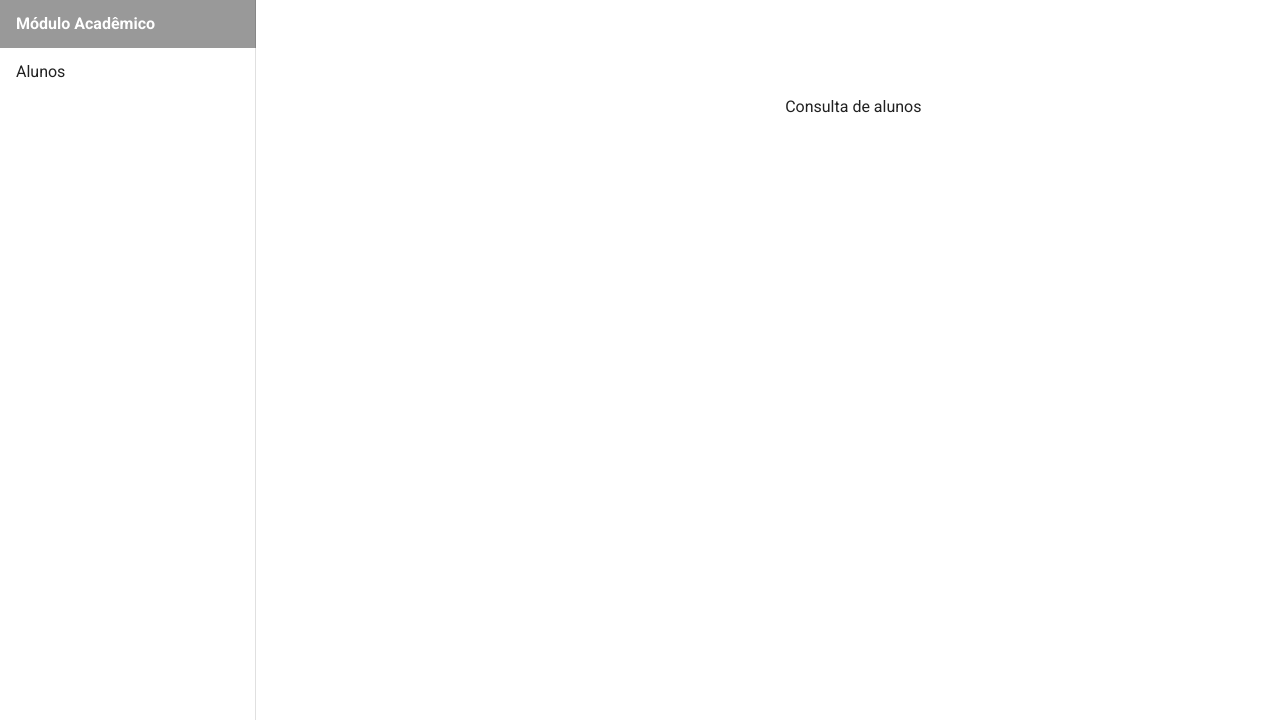
Repository: sergiohidekiono/vue-student
Page: /
An editor plug-in stored every save of this project. The page is shown before and after the next save, followed by the edit.
The browser window is 1280 px wide. The pictures show the whole page.
The project was rebuilt for these pictures with package versions that can differ from the ones it lists, and the page was loaded fresh each time. Also part of the build but not shown: vue.config.js.

Above is the page before, as saved 2024-08-07 09:47:10.

### src/App.vue
<template>
  <v-app>
    <v-main class="wrapper">
      <StudentList class="wrapper" />
    </v-main>
  </v-app>
</template>

<script>
import StudentList from './components/student-list';

export default {
  name: 'App',

  components: {
    StudentList,
  },

  data: () => ({
    //
  }),
};
</script>

<style>
.wrapper {
  width: 100vw;
  height: 100vh;
  margin: 0;
}
</style>

### src/components/student-list.vue
<template>
    <v-container>
        <v-row>
            <div class="d-flex align-start">
                <v-img :src="require('../assets/logo.png')" class="my-3" />
            </div>
        </v-row>
        <v-row>
            <v-col cols="2">
                <v-navigation-drawer v-model="drawer" app clipped :permanent="false">
                    <v-list>
                        <v-list-item>
                            <v-list-item-content class="header-table" style="padding: 0 !important;">
                                <v-list-item-title style="padding: 0; margin: 0;">
                                    <h4 class="ml-4 d-flex align-center">Módulo Acadêmico</h4>
                                </v-list-item-title>
                            </v-list-item-content>
                        </v-list-item>
                        <v-list-item link>
                            <v-list-item-content style="padding: 0;">
                                <v-list-item-title class="ml-4">Alunos</v-list-item-title>
                            </v-list-item-content>
                        </v-list-item>
                    </v-list>
                </v-navigation-drawer>
            </v-col>
            <v-col cols="10">
                <v-row cols="12" class="d-flex justify-center">
                    <span>Consulta de alunos</span>
                </v-row>
            </v-col>
        </v-row>
    </v-container>
</template>

<script>

export default {

};

</script>

<style scoped>
.v-list-item.theme--light .header-table {
    color: white;
    padding: 0 !important;
}

.v-list-item.theme--light {
    padding: 0 !important;
    background: #999999;
}

.v-list.v-sheet.theme--light {
    padding: 0 !important;
}

.v-list-item.v-list-item--link.theme--light {
    background: white;
}
</style>

Loaded but not shown: public/index.html (common file); src/main.js (common file); src/plugins/vuetify.js (common file)

After the next save:
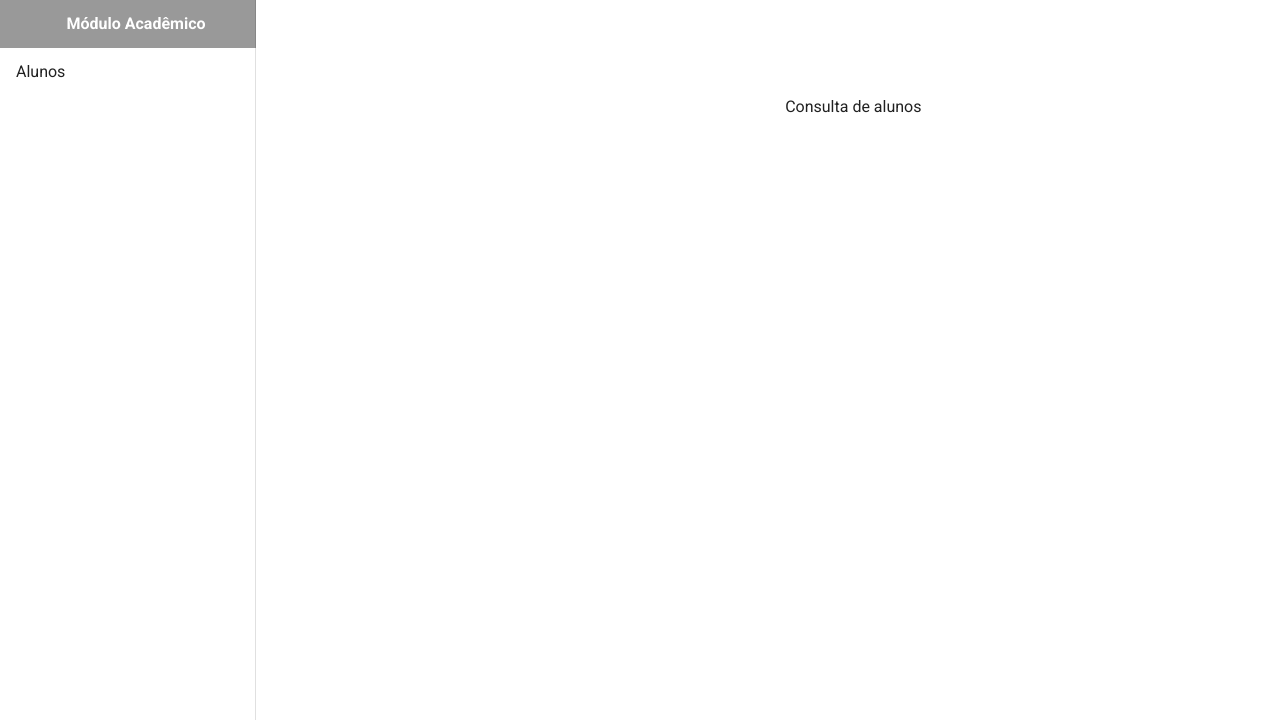
Saved 8 s later.
--- a/src/components/student-list.vue
+++ b/src/components/student-list.vue
@@ -12,7 +12,7 @@
                         <v-list-item>
                             <v-list-item-content class="header-table" style="padding: 0 !important;">
                                 <v-list-item-title style="padding: 0; margin: 0;">
-                                    <h4 class="ml-4 d-flex align-center">Módulo Acadêmico</h4>
+                                    <h4 class="ml-4 d-flex justify-center">Módulo Acadêmico</h4>
                                 </v-list-item-title>
                             </v-list-item-content>
                         </v-list-item>
